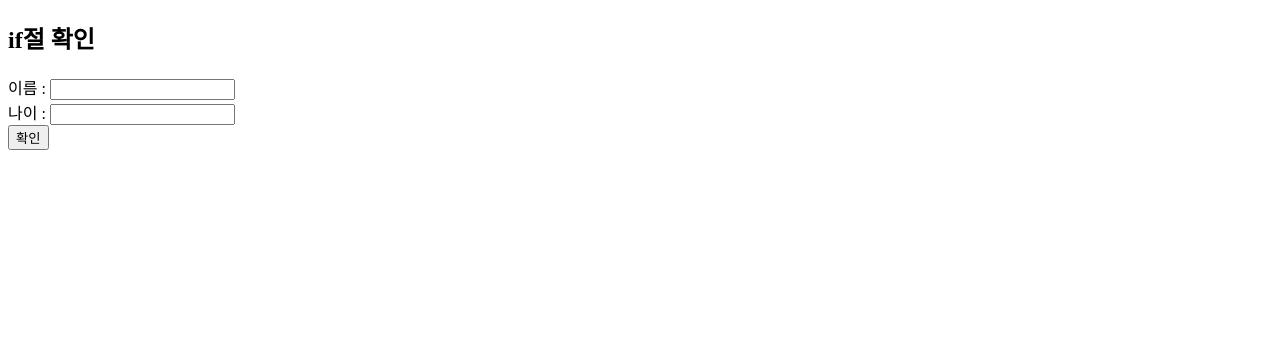
Repository: huntingforheat/JavaProject
Page: http://localhost/myweb/jstl/jstl_form.jsp
These files come from the project's save history. The page is drawn as it stood at one moment and after the next save; the edit follows.
The browser window is 1280 px wide. The pictures show the whole page.
The page is served by Tomcat 9.

Above is the page before, as saved 2024-04-17 02:45:50.

After the next save:
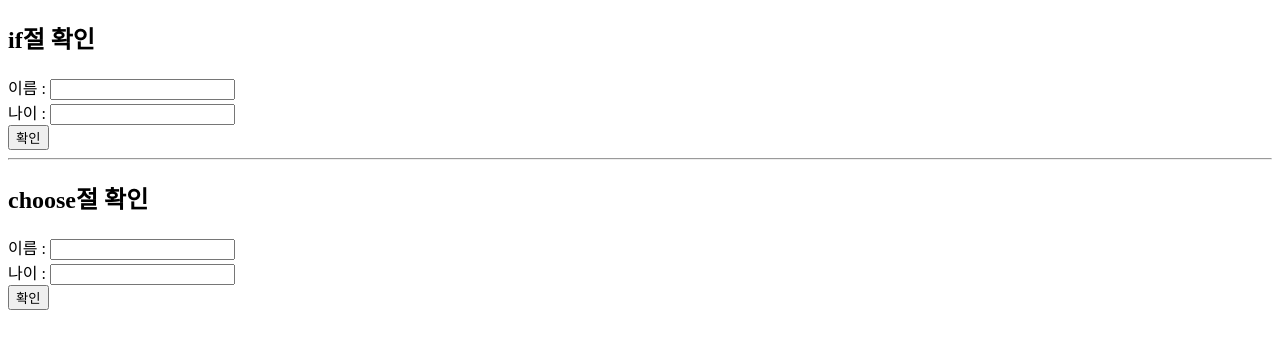
Saved 2 min 18 s later.
--- a/myweb/src/main/webapp/jstl/jstl_form.jsp
+++ b/myweb/src/main/webapp/jstl/jstl_form.jsp
@@ -4,10 +4,18 @@
 <html>
 	<head>
 		<meta charset="UTF-8">
-		<title>jstl_form.jsp</title>
+		<title>jstl_if.jsp</title>
 	</head>
 	<body>
 		<h2>if절 확인</h2>
+		<form action="jstl_if.jsp">
+			이름 : <input type="text" name = "name"><br>
+			나이 : <input type = "text" name = "age"><br>
+			<input type = "submit" value = "확인">
+
+		</form>
+		<hr>
+		<h2>choose절 확인</h2>
 		<form action="jstl_choose.jsp">
 			이름 : <input type="text" name = "name"><br>
 			나이 : <input type = "text" name = "age"><br>
